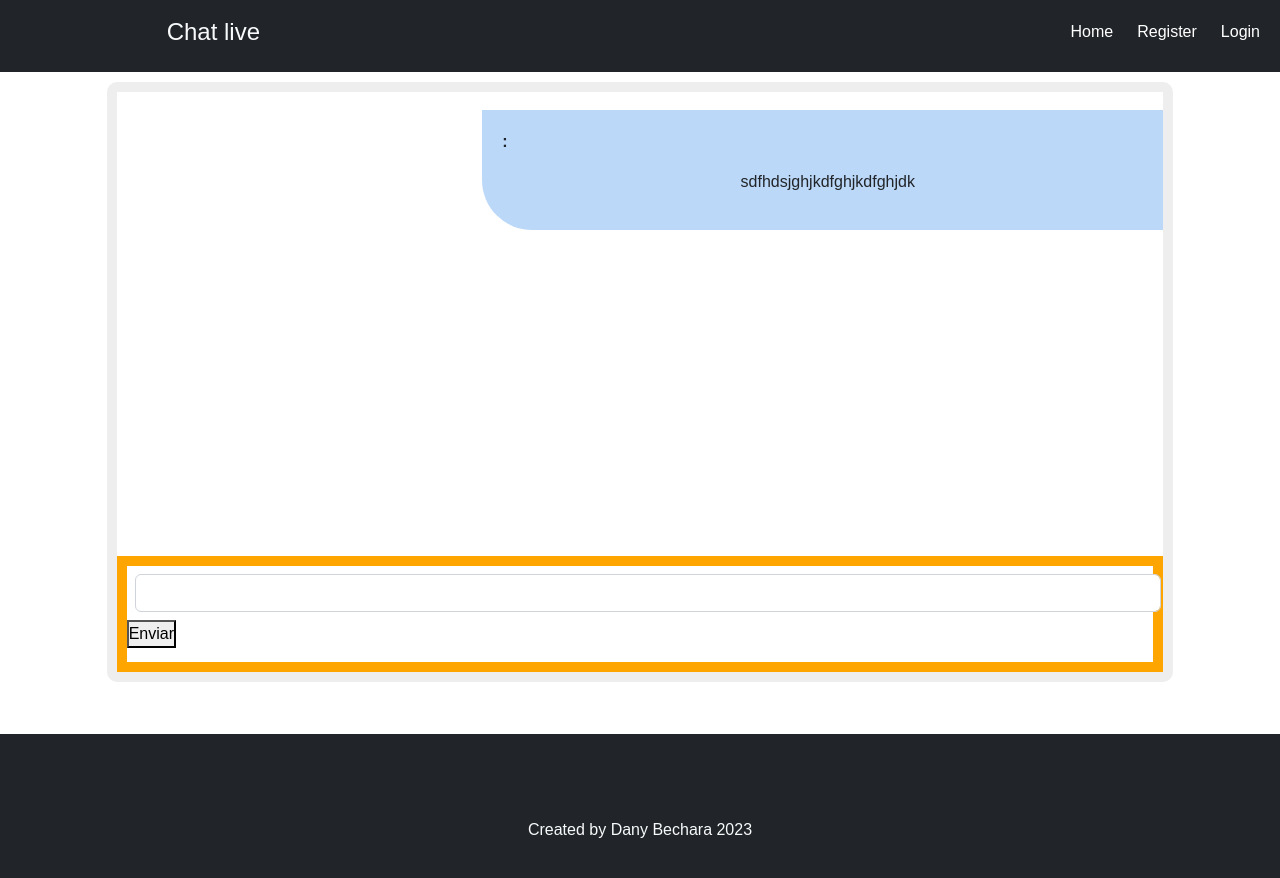
Repository: bechara611/chatv2
Page: /chat
These files come from the project's save history. The page is drawn as it stood at one moment and after the next save; the edit follows.
The browser window is 1280 px wide. The pictures show the whole page.
The page's requests for data from a server got no answer. The project was rebuilt for these pictures with package versions that can differ from the ones it lists, and the page was loaded fresh each time. Some packages were replaced by stand-ins written for this rebuild. No one was signed in, and anything a server would have sent is missing. Also part of the build but not shown: src/hooks/useForm.jsx, src/api/Instance.jsx, src/auth/hooks/useAuth.jsx, src/auth/components/login.jsx, src/auth/components/register.jsx, src/ui/components/Home.jsx, src/App.css.

Above is the page before, as saved 2023-03-16 14:59:52.

### src/index.js
import React from 'react';
import ReactDOM from 'react-dom/client';
import './index.css';
import { App2 } from './App';
import { BrowserRouter } from 'react-router-dom';
import 'bootstrap/dist/css/bootstrap.min.css'
import 'bootstrap/dist/js/bootstrap.bundle.js'
import 'animate.css'
import { Provider } from 'react-redux';
import { store } from './store/Store';
const root = ReactDOM.createRoot(document.getElementById('root'));
root.render(
  <Provider store={store}>
    <BrowserRouter>
      <App2 />
    </BrowserRouter>
  </Provider>
);

### src/index.css
*{
  font-family: 'Poppins',sans-serif;
}

### src/App.js
import React from 'react'
import { Rutas } from './Router/Routes';
import { Header } from './ui/components/Header';
import './App.css'
import { Footer } from './ui/components/Footer';
import { Caparazon } from './ui/components/Caparazon';
import { ContenedorPrincipal } from './ui/components/ContenedorPrincipal';

export const App2 = () => {
  return (
    <>
      <Caparazon>
        <Header></Header>
        <ContenedorPrincipal> {/*El contenedor principal a su vez lleva sus hijos dos elementos, el footer que le pusimos absolute para ubicarlo de ultimo y el MainCuerpo que tienes las rutas */}
          <Rutas></Rutas>{/*Este MainCuerpo tiene las rutas de la aplicacion, es el main de la pagina y lo que va a cambiar dependiendo donde estemos */}
          <div className='mb-5 pb-5'></div>

          <Footer></Footer>  {/*Este es el footer que utilizamos para el pie de pagina, tiene posicion absolute como dije anteriormnete */}
        </ContenedorPrincipal>


      </Caparazon>
    </>
  )
}

### src/store/Store.js
import { configureStore } from "@reduxjs/toolkit";
import { AuthSlice } from "../auth/slices/authSlice";
import chatSlice from "../chat/slices/chatSlice";


export const store = configureStore({
    reducer:{
        auth:AuthSlice.reducer,
        chatSlice:chatSlice.reducer
    },
    middleware:(middleware)=>{
        return middleware({
            serializableCheck:false,
        })
    }

})

### src/Router/Routes.jsx
import React from 'react'
import { Navigate, Route, Routes } from 'react-router-dom'
import { Login } from '../auth/components/login'
import { Register } from '../auth/components/register'
import { Chat } from '../chat/components/Chat'
import { Home } from '../ui/components/Home'

export const Rutas = () => {

    return (

        <Routes>
            <Route path='/' element={<Home></Home>}></Route>
            <Route path='/login' element={<Login></Login>}></Route>
            <Route path='/register' element={<Register></Register>}></Route>
            <Route path='/chat' element={<Chat></Chat>}></Route>
            <Route path='/*' element={<Navigate to={'/'}></Navigate>}></Route>
        </Routes>

    )
}

### src/ui/components/Header.jsx
import React, { useEffect } from 'react'
import { useDispatch, useSelector } from 'react-redux';
import { NavLink, useNavigate } from 'react-router-dom'
import { logout } from '../../auth/slices/authSlice';
import './Header.css'
export const Header = () => {
  const navegar= useNavigate()
  const authState = useSelector((state)=>state.auth);
  const dispatch = useDispatch();
  useEffect(() => {


    return () => {

    }
  }, [])

  return (
    <>

      <div className=" bg-dark contenedor-header col-12">
        <div className="titulo-header col-sm-4 col-12">
          <h4 className='text-light'>Chat live</h4>

        </div>
        <div className="col-sm-8 col-12  contenedor-menu">
          <nav className=' m-2 nav'>

            <NavLink className={ ({isActive}) => `item-menu  ${ isActive ? 'activeLink':'' }` } to={'/'} >Home</NavLink>
            {
              authState.token && authState.name && authState.email ?
              <NavLink className={ ({isActive}) => `item-menu  ${ isActive ? 'activeLink':'' }` } to={'/chat'} >Chat</NavLink>
              :<></>
            }

            <NavLink className={ ({isActive}) => `item-menu  ${ isActive ? 'activeLink':'' }` } to={'/register'} >Register</NavLink>
            {authState.token && authState.name && authState.email ?
              <NavLink className={ ({isActive}) => `item-menu  }` } to={'/login'} onClick={()=>{
                localStorage.removeItem('email')
                localStorage.removeItem('token')
                localStorage.removeItem('name')

                navegar('/login')
                dispatch(logout())
              }} >Logout</NavLink>
              :
              <NavLink className={ ({isActive}) => `item-menu  ${ isActive ? 'activeLink':'' }` } to={'/login'} >Login</NavLink>
            }

            </nav>
        </div>




      </div>
    </>

  )
}

### src/ui/components/Footer.jsx
import React from 'react'
import './Footer.css'


let linkdn="https://linkedin.com/in/DanyBechara";
let correo="mailto:bechara611@gmail.com";
let blank='_blank';
let github='https://github.com/bechara611';
let whatssap='https://wa.me/584120361952';

export const Footer = () => {
  return (
    <>

      {/*Aca este footer le estamos colocando una posicion absolute y a su padre relativa para poder ubicarlo al final de su div padre */}
      <div className="footer  col-12  mt-2 bg-dark">
      <a href={linkdn} target={blank} className='animate__animated animate__lightSpeedInLeft'><i className=" linkdin fa-brands fa-linkedin iconoRedes"></i></a>
      <a href={whatssap} target={blank}  className='animate__animated animate__lightSpeedInLeft'><i className="whatssap fa-brands fa-whatsapp iconoRedes"></i></a>
      <a href={correo} target={blank}  className='animate__animated animate__lightSpeedInLeft'><i className="gmail fa-solid  fa-envelope iconoRedes"></i></a>
      <a href={github} target={blank}  className='  animate__animated animate__lightSpeedInLeft'><i className=" github fa-brands fa-github iconoRedes"></i></a>

     <div className="col-12 contenedor-mensaje-footer mt-1">
     <div className="col-12 contenedor-mensaje-footer">
     <p className='mensaje text-light'>Created by Dany Bechara {new Date().getFullYear().toString()}</p>
     </div>

     </div>
      </div>
    </>

  )
}

### src/ui/components/Caparazon.jsx
import React from 'react'
import './Caparazon.css'
export const Caparazon = ({ children }) => {
    return (
        <>
{/*Caparazon princiapal donde el mismo tiene un flex en colum, adentro tiene sus hijos que son un div que
ocupe el 70vh donde eesta todo lo demas y el 30vh primero es del header */}
            <div className='caparazonPrincipal '>

                {children}

            </div>
        </>
    )
}

### src/ui/components/ContenedorPrincipal.jsx
import React from 'react'
import './ContenedorPrincipal.css'
export const ContenedorPrincipal = ({ children }) => {
  return (
    <div className='ContenedorPrincipal'>
    {/*Aca de hijos tendran las rutas para verse en el medio y el footer, este tiene un position relative para que su hijo footer pueda
  ubicarse en la parte de abajo */}
      {children}
    </div>
  )
}

### src/auth/slices/authSlice.js
import { createSlice } from "@reduxjs/toolkit";


export const AuthSlice = createSlice({
    name: 'auth',
    initialState: {
        name: localStorage.getItem('name') || null,
        email: localStorage.getItem('email') || null,
        token: localStorage.getItem('token') || null
    },
    reducers: {
        login: (state, { payload }) => {
            state.name=payload.name;
            state.email=payload.email;
            state.token=payload.token

        },
        logout:(state,{payload})=>{
            state.name=null;
            state.email=null;
            state.token=null;
        },
    }
})

export const {mostrar,logout,login} = AuthSlice.actions;

### src/chat/slices/chatSlice.js
import { createSlice } from "@reduxjs/toolkit";

const initialState={
    mensajes:[{name:'',mensaje:'',fecha:'',email:''}],
    conectados:[],
}

const chatSlice = createSlice({
    name:'chatSlice',
    initialState,
    reducers:{
        pushConectadosSlice :(state,{payload})=>{
            state.conectados=payload
        },
        pushMensajesSlice:(state,{payload})=>{
            state.mensajes=payload
        },
    }
})

export default chatSlice
export const {pushConectadosSlice,pushMensajesSlice} = chatSlice.actions

### src/chat/components/Chat.jsx

import { io } from "socket.io-client";
import React, { useEffect, useRef } from 'react'
import './chat.css'
import { getUnixTime } from "date-fns";
import { useDispatch, useSelector } from "react-redux";
import { pushConectadosSlice, pushMensajesSlice } from "../slices/chatSlice";
import { Mensaje } from "./Mensaje";

const socket = io(process.env.REACT_APP_BACKEND, { //ruta del backend
    'extraHeaders': {
        'token': localStorage.getItem('token'),
        'email': localStorage.getItem('email'),
        'nombre': localStorage.getItem('name'),
    }
})
export const Chat = () => {


    const mensajesEstado = useSelector(state => state.chatSlice)
    const dispatch = useDispatch();

    useEffect(() => {

        socket.on('connect', () => { })
        socket.on('NuevoIntegrante', (payload) => {
            //TODO aca debes colocarle al slice y al estado los nuevos integrantes
            dispatch(pushConectadosSlice(payload))
            console.log(payload)
        })
        //?recibir mensajes
        socket.on('recibirTodosMensajes', (payload) => {
            //TODO colocar en el slice los mensajes
            dispatch(pushMensajesSlice(payload))
            console.log(payload)
        })
    // eslint-disable-next-line react-hooks/exhaustive-deps
    }, [])





    //?metodo para enviar mensajes

    const EnviarMensajes = () => {
        let mensaje = {
            name: localStorage.getItem('name'),
            mensaje: 'Mensaje nuevo ',//TODO ponle el estado de mensaje
            fecha: getUnixTime(new Date()),
            email: 'bechara612@gmail.com'
        }
        socket.emit('recibiMensaje', mensaje)

    }



    //TODO FIN SOCKET

    const referenciaDiv = useRef();
    const referenciaDiv2 = useRef();
    useEffect(() => {

        referenciaDiv2.current.scrollTop = referenciaDiv2.current.scrollHeight;
    }, [])
    useEffect(() => {


        referenciaDiv2.current.scrollTop = referenciaDiv2.current.scrollHeight;
    }, [mensajesEstado])

    return (
        <>
            <div className="col-12 chat2 " ref={referenciaDiv}>
                <div className="col-10 hijoChat">
                    <div className="col-12 parteMensajes" ref={referenciaDiv2} >
                        {
                            mensajesEstado.mensajes.map((mensaje, index) => {
                                return <Mensaje key={index} mensaje={mensaje}></Mensaje>
                            })
                        }
                    </div>
                    <div className="col-12 parteInputs">
                    <input type="text" className="form-control m-2" />
                    <button onClick={() => { EnviarMensajes() }}>Enviar</button>
                    </div>
                </div>
            </div>


        </>

    )
}

### src/ui/components/Header.css
.contenedor-header{
    display: flex;
    flex-direction: row;
    flex-wrap: wrap;
    min-height: 10vh;
}
.titulo-header{
    text-align: center;
    padding: 5px;
    display: flex;
    flex-direction: row;
    justify-content: center;
    align-items: center;
    align-self: center;
}
.contenedor-menu{
    display: flex;
    flex-direction: row;
    flex-wrap: nowrap;
    justify-content: flex-end;

}
.item-menu{
   margin: 5px;
   text-decoration: none;
   color: white;
  transition: all 1s ease;
   padding: 7px;
   border-radius: 20px;
}
.activeLink{
    background: rgb(40, 139, 196);
}
.item-menu:hover{
    text-decoration: none;
    background: rgb(40, 139, 196);
    color: white;
}

@media(max-width:577px){
.contenedor-menu{
        justify-content: center;
        text-align: center;
        align-self: center;
        align-items: center;
        flex-wrap: nowrap;
    }
    .nav{
        justify-content: center;
        text-align: center;
        align-self: center;
        align-items: center;
        flex-wrap: nowrap;
    }
    .item-menu{
    padding: 0px;
    }
}

### src/ui/components/Footer.css


.footer {

    background: rgb(209, 102, 102,.1);
    position: absolute;
    bottom: 0%;
    display: flex;
    flex-direction: row;
    justify-content: center;
    text-align: center;
    align-items: center;
    justify-items: center;
    flex-wrap: wrap;

}


.iconoRedes {
    font-size: 40px;
    padding-left: 10px;
    margin: 5px;

}

.github:hover {
    color: #4b3074;

}
.github{
    color: #6e5494;
}

.whatssap:hover {
    color: #0c903c;
}
.whatssap{
    color: #25d366;

}

.gmail:hover {
    color: #e65f5f;
}

.gmail{
    color: #cc0000;
}

.linkdin:hover {
    color: #0780ac;
}

.linkdin{
    color: #0377a1;
}

.contenedor-mensaje-footer {
    display: flex;
    flex-direction: row;
    justify-content: center;
    text-align: center;
    align-items: center;
    justify-items: center;
}

/*?RESPONSIVE*/

@media(max-width:255px) {
    .iconoRedes {
        font-size: 30px;
        padding-left: 5px;
    }

    .mensaje {
        font-size: 10px;
    }
}

### src/ui/components/Caparazon.css
/*Estilos del caparazon como tal principal*/
    /*Aca colocamos que el caparazonPrincipal ocupa toda la pantalla, y una direccion en column para que el header sea de 30vh y el resto el otro div  */
.caparazonPrincipal{
    display: flex;
    flex-direction: column;
    justify-content: space-between;
    min-height: 100vh;
  overflow-x: hidden;
  overflow-y: visible;
}

### src/ui/components/ContenedorPrincipal.css
/*Aca al contenedor ponemos positionRelative para que el footer pueda tener una posicion absoluta y se pueda posicionar al final*/
.ContenedorPrincipal{
    min-height: 90vh;

    position: relative;
}

### src/auth/components/login.css
*,
*:before,
*:after{
    padding: 0;
    margin: 0;
    box-sizing: border-box;
}

.social{
  display: flex;
  flex-direction: row;
  justify-content: center;
}
.contenedor-loginRegistro{

  margin-top: 5px;
  display: flex;
  flex-direction: row;
  justify-content: center;
  align-items: center;
}

  .formularioLoginRegister{

    background-color: rgb(29, 29, 29,.6);
    top: 50%;
    left: 50%;
    border-radius: 10px;
    backdrop-filter: blur(10px);
    border: 2px solid rgba(255,255,255,0.1);
    box-shadow: 0 0 10px rgba(142, 201, 228, 1);
    padding: 10px 15px;
}
.formularioLoginRegister *{

    color: #ffffff;
    letter-spacing: 0.5px;
    outline: none;
    border: none;
}
.formularioLoginRegister h3{
    font-size: 32px;
    font-weight: 500;
    line-height: 42px;
    text-align: center;
}

.labelLoginRegister{
    display: block;
    margin-top: 30px;
    font-size: 16px;
    font-weight: 500;
}
.inputLoginRegister{
    display: block;
    height: 45px;
    width: 100%;
    background-color: rgba(255,255,255,0.07);
    border-radius: 3px;
    padding: 0 5px;
    margin-top: 8px;
    font-size: 14px;
    font-weight: 300;

}
::placeholder{
    color: #e5e5e5;
}
.btnLoginRegister{
    margin-top: 50px;
    width: 100%;
    background-color: #ffffff;
    color: #080710;
    padding: 5px 0;
    font-size: 18px;
    font-weight: 600;
    border-radius: 5px;
    cursor: pointer;

}
.btnLoginRegister:hover{
  background: #94b1dd;;
}
.social{
  margin-top: 30px;
  display: flex;
  cursor: pointer;
}
.social div{
  background: red;
  width: 150px;
  border-radius: 3px;
  padding: 5px 10px 10px 5px;
  background-color: rgba(55, 135, 184, 0.67);
  color: #eaf0fb;
  text-align: center;
  cursor: pointer;
}
.social div:hover{
  background-color: rgba(255,255,255,0.47);
}
.social .fb{
  margin-left: 25px;
}
.social i{
  margin-right: 4px;
}

### src/chat/components/chat.css
.chat {
    background: red;
    width: 100vw;
    height: 300px;
    overflow: scroll;
    margin-top: 1000px;

}

.chat2 {

    width: 100vw;
    height: 600px;
    overflow: auto;
    margin-top: 10px;
    margin-bottom: 10px;
    justify-content: center;
    display: flex;
    margin-bottom: 100px;
}

.hijoChat {
border: 10px solid rgb(173, 171, 171,.2);
border-radius: 10px;
    height: 600px;
    display: flex;
    flex-wrap: wrap;
    overflow-x: hidden;
}

.parteMensajes{
overflow-y: hidden;
height:80%;
overflow: auto;
overflow-x: hidden;


}

.parteInputs{
    height: 20%;
border: 10px solid orange;
}

### src/chat/components/Mensaje.jsx
import React, {  } from 'react'
import './Mensaje.css'
export const Mensaje = ({ mensaje, background }) => {


    // border-bottom-right-radius: 100px;
    // border-top-right-radius: 100px;
    // border-bottom-left-radius: 50px;
    return (
        <>
            <div className="col-12 contenedorMensajeInidividual" style={
                { justifyContent: mensaje.email === localStorage.getItem('email') ? 'flex-start' : 'flex-end'

            }

            } >
                <div id='mensaje' className="mensaje col-sm-8 col-12 " style={{
                    background: mensaje.email === localStorage.getItem('email') ? 'rgb(147, 230, 147,.5)' : 'rgba(122, 178, 242, 0.5)',
                    borderBottomRightRadius: mensaje.email === localStorage.getItem('email') && window.innerWidth>610 ? '100px' : '10px',

                }}>
                    <div className=" col-12 contenedorMensajitos">

                        <p className='nombre'>{mensaje.name}:</p>
                        <p>{mensaje.mensaje}sdfhdsjghjkdfghjkdfghjdk</p>
                    </div>
                </div>
            </div>

        </>
    )
}

### src/chat/components/Mensaje.css
.contenedorMensajeInidividual {
    display: flex;
    overflow-y: hidden;
    overflow-x: hidden;
    justify-content: flex-start;
    flex-direction: row;
    padding-left: 10px;
    padding-top: 8px;
    padding-bottom: 2px;
    margin: 10px;
}

.mensaje {
    overflow-x: hidden;
    text-align: center;
    padding: 20px;
    border-bottom-right-radius: 100px;
    border-top-right-radius: 10px;
    border-bottom-left-radius: 50px;
    align-self: flex-end;
    align-items: flex-end;


}
.nombre{
    text-align: start;
    text-decoration: solid;
    font-weight: 600;
}
.contenedorMensajitos{
    word-wrap: break-word;
}
@media(max-width:650px){
    .mensaje{
        text-align: center;
        border-bottom-right-radius: 1px;
        background: rgba(122, 178, 242, 0.5);

        padding: 10px;
    }

}

After the next save:
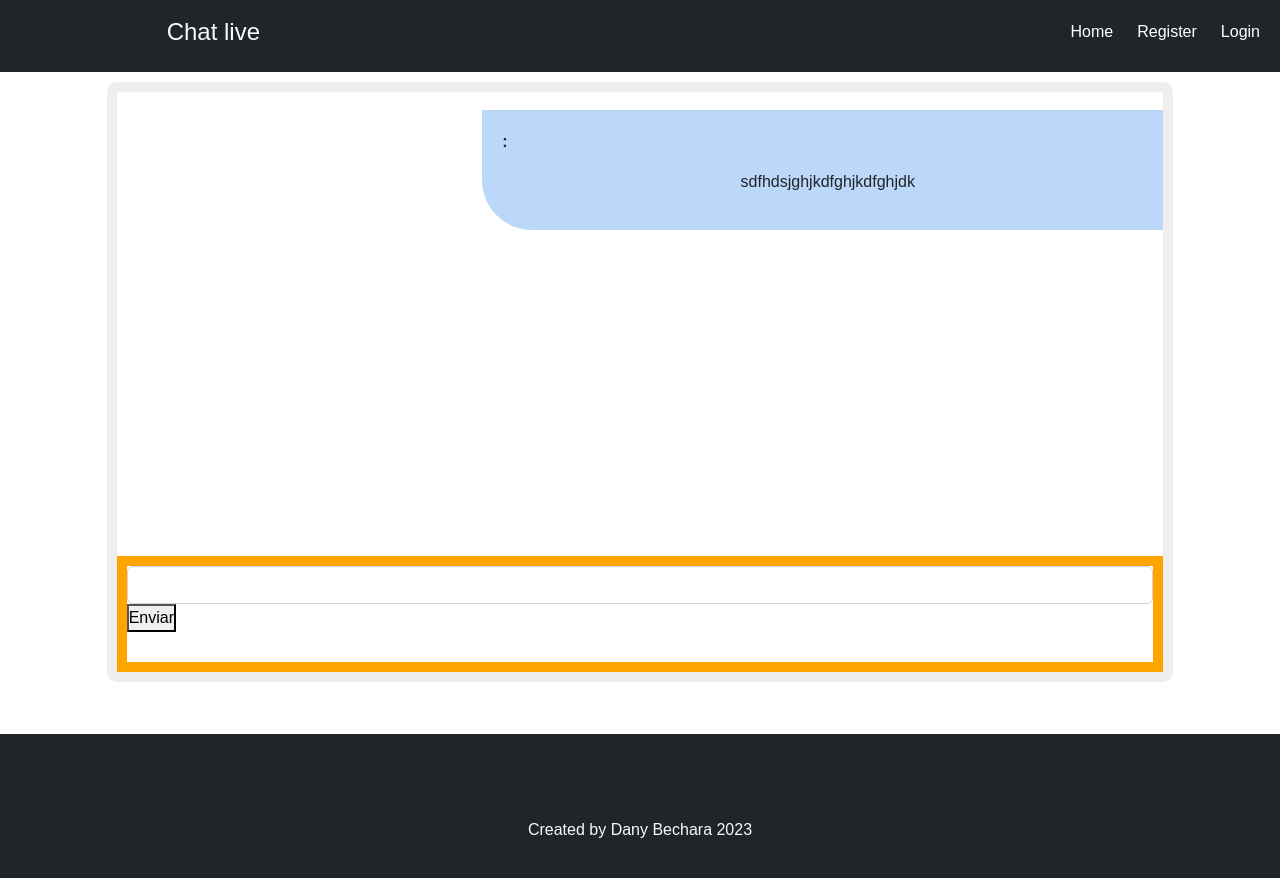
Saved 32 s later.
--- a/src/chat/components/Chat.jsx
+++ b/src/chat/components/Chat.jsx
@@ -82,7 +82,7 @@ export const Chat = () => {
                         }
                     </div>
                     <div className="col-12 parteInputs">
-                    <input type="text" className="form-control m-2" />
+                    <input type="text" className="form-control col-12" />
                     <button onClick={() => { EnviarMensajes() }}>Enviar</button>
                     </div>
                 </div>
